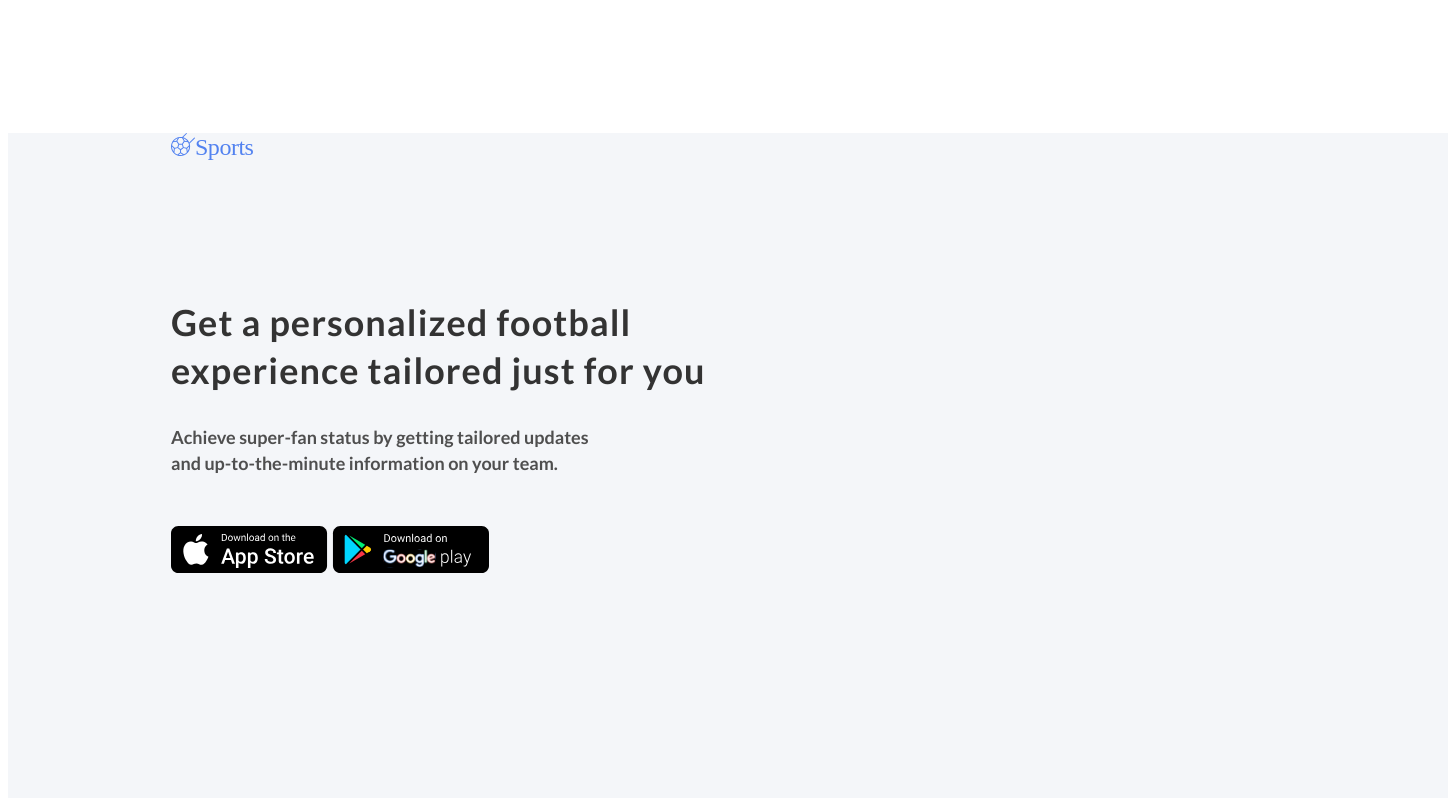
Repository: batonAnton/Hw-Lec9-responsive
Page: index.html
An editor plug-in stored every save of this project. The page is shown before and after the next save, followed by the edit.
The browser window is 1280 px wide. The page is 1448 px wide, then 1440 px, so the pictures cover 1448 px, including what lies to the right of the window. The pictures show the whole page.
Pictures or frames that could not be fetched are drawn as grey boxes. Some web fonts or font styles are not loaded; a fallback is used.

Above is the page before, as saved 2022-07-08 15:47:13.

After the next save:
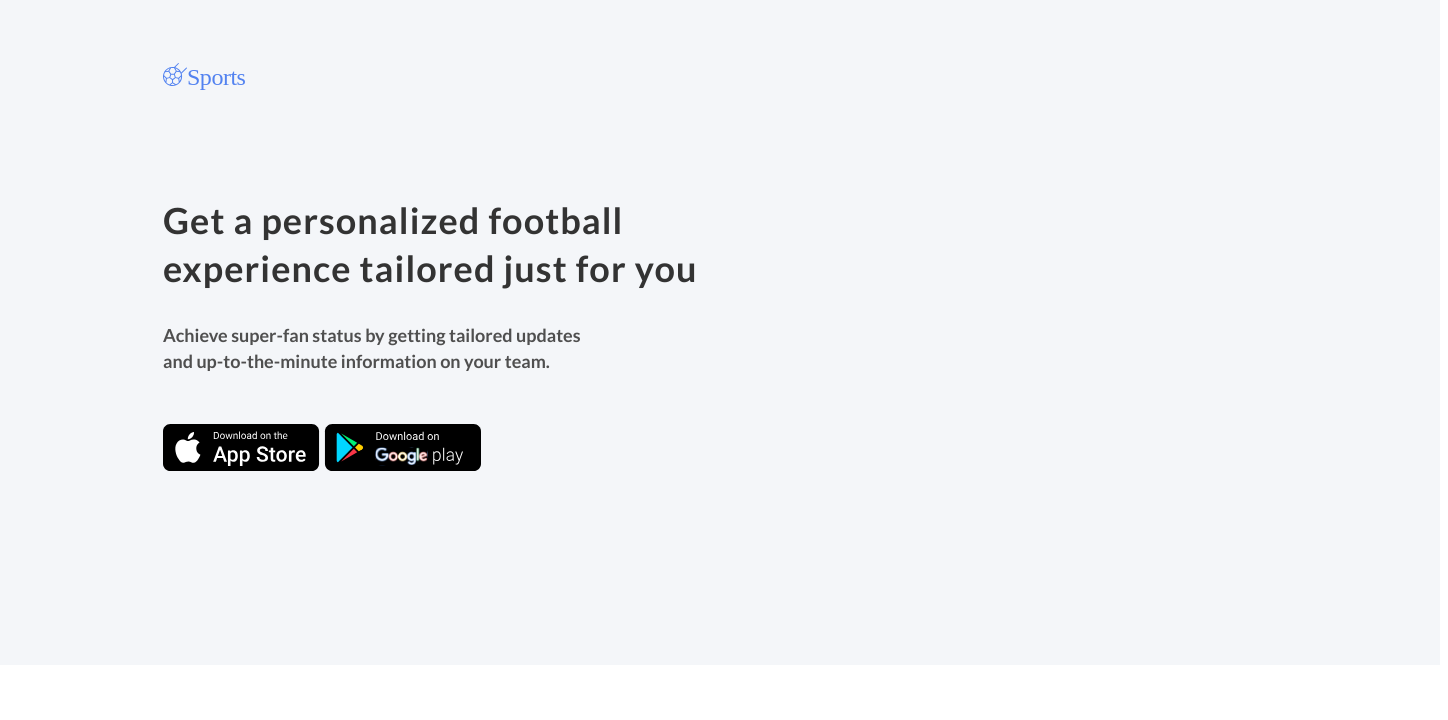
Saved 3 min 33 s later.
--- a/css/style.css
+++ b/css/style.css
@@ -1,6 +1,8 @@
 *{
     /* width: 1440px;
     height: 900px; */
+    margin: 0;
+    padding: 0;
     box-sizing: border-box;
 }
 
@@ -13,10 +15,11 @@ header{
     background: #F4F6F9;
     margin-left: auto;
     margin-right: auto;
+    margin-top: 0;
 }
 
 .logo{
-    margin-top: 63px;
+    padding-top: 63px;
     margin-bottom: 133px;
     display: flex;
     width: 99px;
@@ -37,9 +40,9 @@ header{
 
 }
 
-.logo{
+/* .logo{
     margin-top: 133px;
-}
+} */
 
 .info h1{
     font-family: 'Lato', sans-serif;
